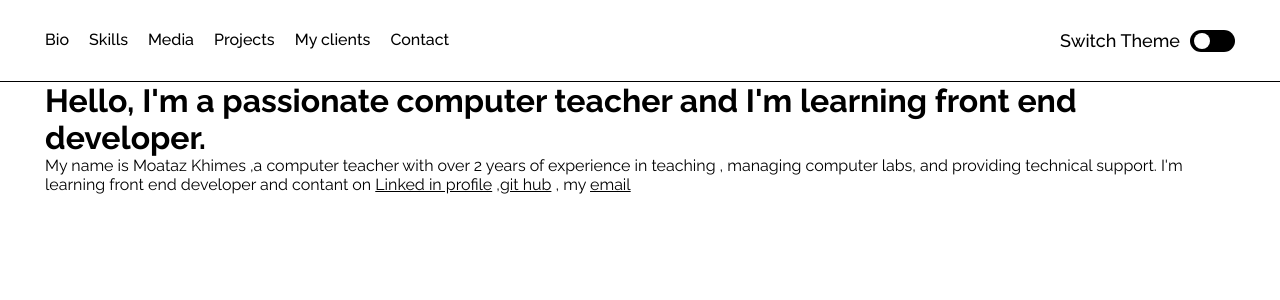
Repository: moataz305G/Personal-website
Page: index.html
An editor plug-in stored every save of this project. The page is shown before and after the next save, followed by the edit.
The browser window is 1280 px wide. The pictures show the whole page.

Above is the page before, as saved 2025-12-12 20:27:24.

After the next save:
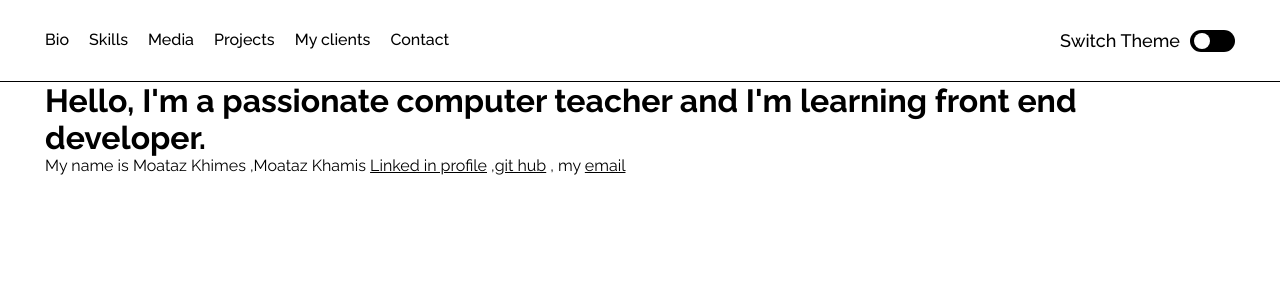
Saved 2 min 20 s later.
--- a/index.html
+++ b/index.html
@@ -47,9 +47,7 @@
         </h1>
         <p class="bio__objeactive">
           My name is <span class="bio__name">Moataz Khimes</span>
-          ,a computer teacher with over 2 years of experience in teaching ,
-          managing computer labs, and providing technical support. I'm learning
-          front end developer and contant on
+          ,Moataz Khamis
           <a
             href="https://www.linkedin.com/in/moataz-khimes-53586223b/"
             class="bio__linkedin"
